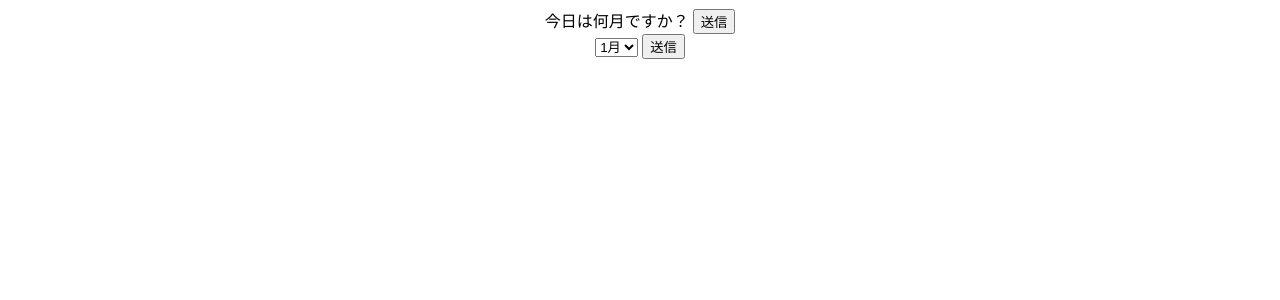
Repository: genki-iwai/curriculum
Page: JavaStudy/4-2/WebContent/select.html
The author's editor kept a copy of each file at every save. The page is drawn from the files as they stood at one save, then again after the next save.
The browser window is 1280 px wide. The pictures show the whole page.

Above is the page before, as saved 2021-07-11 00:58:55.

### JavaStudy/4-2/WebContent/select.html
<!DOCTYPE html>
<html>
<head>
<meta charset="utf-8">
<title>select</title>
</head>
<body>
 <div align="center">
 今日は何月ですか？
 <!--問① web.xmlのurl-patternを確認しformの遷移先を指定しましょう。 -->
 <input type="submit" value="送信" formaction="/select">
 <form action="./month" method="post">
 <select name="month">
 <option value="1">1月</option>
 <option value="2">2月</option>
 <option value="3">3月</option>
 <option value="4">4月</option>
 <option value="5">5月</option>
 <option value="6">6月</option>
 <!--問② 3月~12月も同様に選択できるよう記述しましょう。 -->
 </select> <input type="submit" name="button" value="送信">
 </form>
 </div>
</body>
</html>

After the next save:
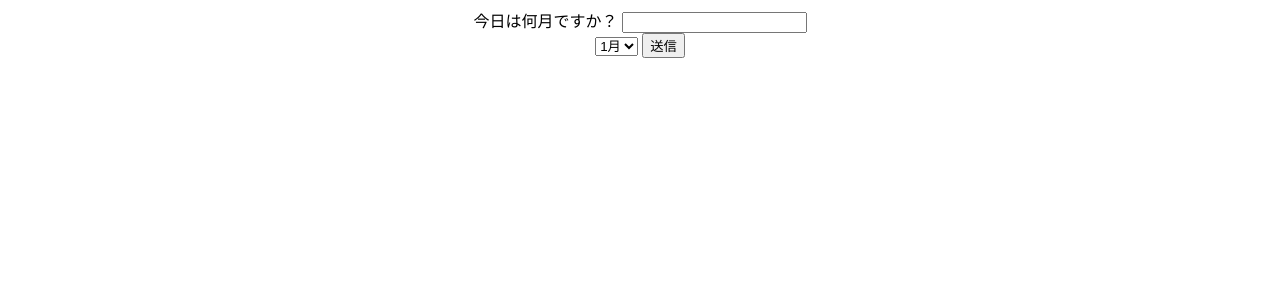
Saved 7 min 46 s later.
--- a/JavaStudy/4-2/WebContent/select.html
+++ b/JavaStudy/4-2/WebContent/select.html
@@ -8,7 +8,7 @@
  <div align="center">
  今日は何月ですか？
  <!--問① web.xmlのurl-patternを確認しformの遷移先を指定しましょう。 -->
- <input type="submit" value="送信" formaction="/select">
+ <input formaction="/select">
  <form action="./month" method="post">
  <select name="month">
  <option value="1">1月</option>
